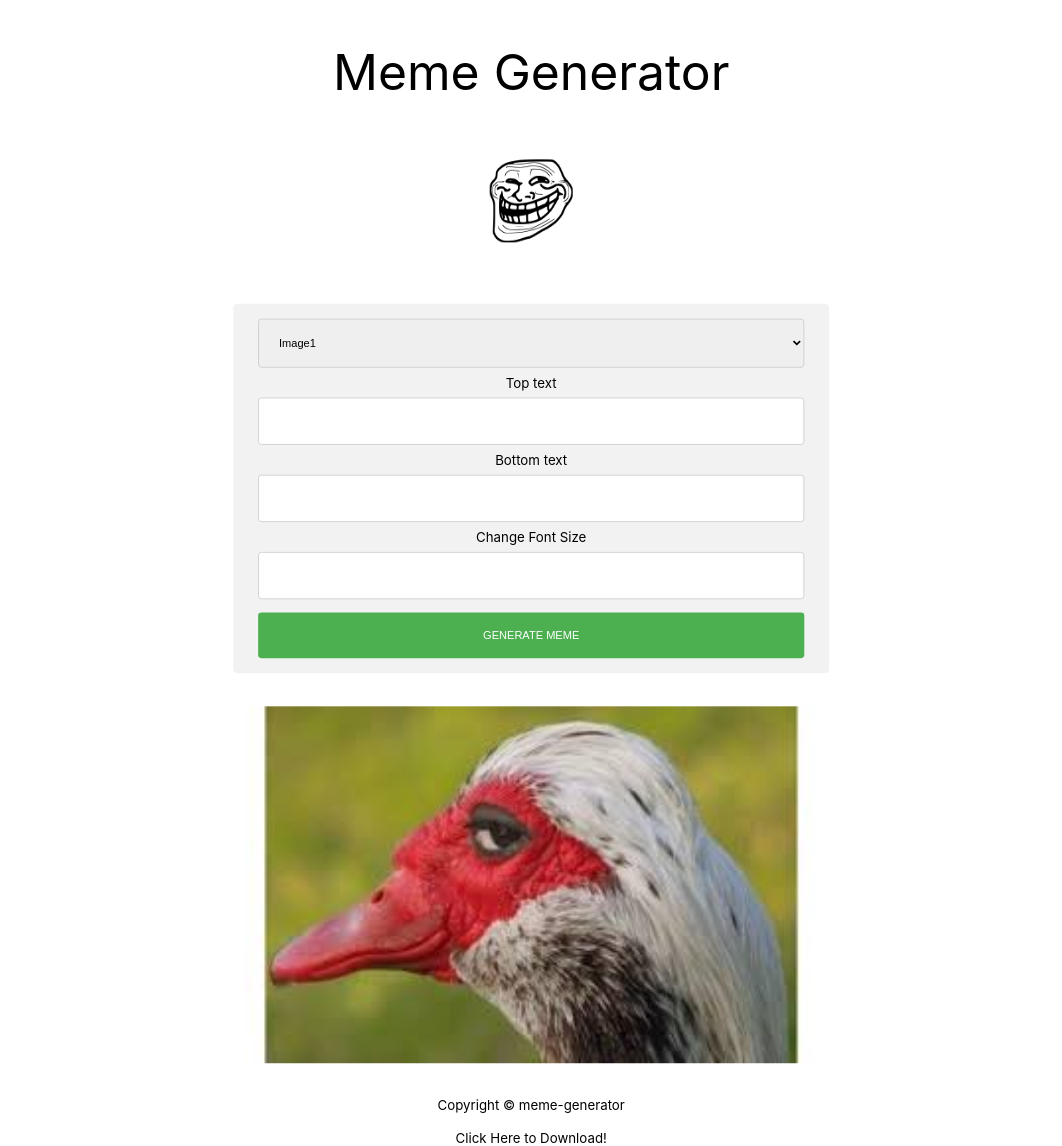
Repository: JivkoJelev91/Meme-Generator
Page: /
The author's editor kept a copy of each file at every save. The page is drawn from the files as they stood at one save, then again after the next save.
The browser window is 1280 px wide. The pictures show the whole page, at 83% of full size.
The project was rebuilt for these pictures with package versions that can differ from the ones it lists, and the page was loaded fresh each time.

Above is the page before, as saved 2018-10-11 16:21:29.

### src/App.js
import React, { Component } from 'react';
import logo from './logo.png';
import './App.css';
import Memes from './memes'

class App extends Component {
  render() {
    return (
      <div className="App">
          <header>Meme Generator</header>
          <img src={logo} className="App-logo" alt="logo" />
          <Memes />
      </div>
    );
  }
}

export default App;

### src/App.css
*{
  margin:0;
}

.App {
  text-align: center;
}

.App-logo {
  animation: App-logo-spin infinite 20s linear;
  width:100px;
  height: 100px;
  padding-top: 20px;
  padding-bottom: 50px;

}

.wrapper{
  display:flex;
  justify-content: center;
  flex-wrap: wrap;
}

header{
  font-size:60px;
  padding: 50px;
}

button{
  width: 100%;
  background-color: #4CAF50;
  color: white;
  padding: 20px;
  margin: 8px 0;
  border: none;
  border-radius: 4px;
  cursor: pointer;
}

button:hover{
  background-color: #45a049;
}


input[type=text],input[type=number], select{
  width: 100%;
  padding: 20px;
  margin: 8px 0;
  display: inline-block;
  border: 1px solid #ccc;
  border-radius: 4px;
  box-sizing: border-box;
}

.form{
  border-radius: 5px;
  background-color: #f2f2f2;
  padding: 10px 30px;
  margin:20px;
}

.pictureContainer{
  position: relative;
  max-width: 690px;
  height: 430px;
  width:100%;
  width: 100%;
  font-size:33px;
  margin:20px;
}

.memePictures{
  width: 100%;
  height: 100%;
}

@media (max-width: 550px) {
  header{
    font-size:40px;
    padding: 15px;
  }
  input[type=text]{
    padding: 15px 10px;
  }
  .form{
    padding-left: 20%;
    padding-right: 20%;
  }
  .pictureContainer{
    height: 300px;
    font-size:23px;
  }
}

.topText{
  top:5px;
}

.bottomText{
  margin:0 15px;
}

.topText, .bottomText{
  color:#FFF;
  position: absolute;
  bottom: 0;
  left:0;
  right:0;
  font-size:90%;
  text-shadow:
  1px  1px 2px black,
  1px -1px 2px black,
 -1px  1px 2px black,
 -1px -1px 2px black;
 word-break: inherit;
}

footer{
  padding: 20px;
}

### src/memes.js
import React, { Component } from 'react';
import './App.css';
import arr from './imagesData';
import html2canvas from 'html2canvas';


class Memes extends Component {
    constructor(props) {
        super(props);
        this.state = {
          value: 'picture1.jpg',
          topText: "",
          bottomText: "",
          fontSize: 33,
          active : false
        };
      }

    handleChange = (event) => {
        this.setState({
            value: event.target.value,
            active: false,
        });
    }

    handleInput = (event) => {
        this.setState({
            [event.target.name]: event.target.value ,
            active:false
        });
    }

    handleFontSize = (event) => {
        if(event.target.value != undefined){
            this.setState({
                fontSize: event.target.value,
                active: false
            });
        }
        if(!event.target.value || event.target.value > 99){
            this.setState({
                fontSize: 33
            })
        }
    }

    generate = (event) => {
        this.setState({
            active: true
        });

        function downloadImage(){
            html2canvas(document.querySelector(".pictureContainer"))
               .then(canvas => {
               var a = document.createElement('a');
               document.body.appendChild(a);
               a.download = "image.png";
               a.href =  canvas.toDataURL();
               a.click();
           });
        }

        downloadImage();
    }

    render() {
        return (
            <div>
            <div className="wrapper">
                <div className="form">
                    <div>
                        <select onChange={this.handleChange}>
                            {
                            arr.map(img => {
                                return <option key={img.id} value={img.name}>
                                            Image{img.id}
                                       </option>
                            })
                            }
                        </select>
                    </div>
                    <div>
                        <label>Top text</label>
                        <input type="text" name="topText" onChange={this.handleInput}/>
                    </div>
                    <div>
                        <label>Bottom text</label>
                        <input type="text" name="bottomText" onChange={this.handleInput}/>
                        <label>Change Font Size</label>
                        <input type="number" name="fontSize" onChange={this.handleFontSize}/>
                    </div>
                    <div>
                        <button
                            onClick={this.generate}>
                            GENERATE MEME
                        </button>
                    </div>
            </div>
            <div className="pictureContainer">
                <div className="topText"
                     style={{fontSize: this.state.fontSize + 'px'}}>
                    { this.state.active ? this.state.topText:  "" }
                </div>
                <img src= {require(`./meme-pictures/${this.state.value}`)} className="memePictures"/>
                <div className="bottomText"
                     style={{fontSize: this.state.fontSize + 'px'}}>
                    { this.state.active ? this.state.bottomText : "" }
                </div>
            </div>
         </div>
         <footer>Copyright © meme-generator</footer>
         <a id="downloadLink" download='./meme-pictures/picture1.jpg'>Click Here to Download!</a>
         </div>
        );
      }
}

export default Memes;

### src/imagesData.js
var arr = [{
        'id': '1',
        'name': 'picture1.jpg',
        'alt': 'picture1'
    },
    {
        'id': '2',
        'name': 'picture2.jpg',
        'alt': 'picture2'
    },
    {
        'id': '3',
        'name': 'picture3.jpg',
        'alt': 'picture3'
    },
    {
        'id': '4',
        'name': 'picture4.jpg',
        'alt': 'picture4'
    },
    {
        'id': '5',
        'name': 'picture5.jpg',
        'alt': 'picture5'
    },
    {
        'id': '6',
        'name': 'picture6.jpg',
        'alt': 'picture6'
    },
    {
        'id': '7',
        'name': 'picture7.jpg',
        'alt': 'picture7'
    },
    {
        'id': '8',
        'name': 'picture8.jpg',
        'alt': 'picture8'
    },
    {
        'id': '9',
        'name': 'picture9.jpg',
        'alt': 'picture9'
    },
    {
        'id': '10',
        'name': 'picture10.jpg',
        'alt': 'picture10'
    },
    {
        'id': '11',
        'name': 'picture11.jpg',
        'alt': 'picture11'
    },
    {
        'id': '12',
        'name': 'picture12.jpg',
        'alt': 'picture12'
    },
    {
        'id': '13',
        'name': 'picture13.jpg',
        'alt': 'picture13'
    },
    {
        'id': '14',
        'name': 'picture14.jpg',
        'alt': 'picture14'
    },
    {
        'id': '15',
        'name': 'picture15.jpg',
        'alt': 'picture15'
    },
    {
        'id': '16',
        'name': 'picture16.jpg',
        'alt': 'picture16'
    },
    {
        'id': '17',
        'name': 'picture17.jpg',
        'alt': 'picture17'
    },
    {
        'id': '18',
        'name': 'picture18.jpg',
        'alt': 'picture18'
    },
    {
        'id': '19',
        'name': 'picture19.jpg',
        'alt': 'picture19'
    },
    {
        'id': '20',
        'name': 'picture20.jpg',
        'alt': 'picture20'
    },
    {
        'id': '21',
        'name': 'picture21.jpg',
        'alt': 'picture21'
    },
    {
        'id': '22',
        'name': 'picture22.jpg',
        'alt': 'picture22'
    },
    {
        'id': '23',
        'name': 'picture23.jpg',
        'alt': 'picture23'
    },
    {
        'id': '24',
        'name': 'picture24.jpg',
        'alt': 'picture24'
    },
    {
        'id': '25',
        'name': 'picture25.jpg',
        'alt': 'picture25'
    },
    {
        'id': '26',
        'name': 'picture26.jpg',
        'alt': 'picture26'
    },
    {
        'id': '27',
        'name': 'picture27.jpg',
        'alt': 'picture27'
    },
    {
        'id': '28',
        'name': 'picture28.jpg',
        'alt': 'picture28'
    },
    {
        'id': '29',
        'name': 'picture29.jpg',
        'alt': 'picture29'
    },
    {
        'id': '30',
        'name': 'picture30.jpg',
        'alt': 'picture30'
    }
];

export default arr;


// for (var i = 1; i <= 30; i++) {
//     console.log(`{
//         'id':'${i}',
//         'name':'picture${i}.jpg',
//         'alt': 'picture${i}'
//     },`)
// }

Loaded but not shown: public/index.html (common file); src/index.js (common file); src/index.css (common file); src/serviceWorker.js (common file)

After the next save:
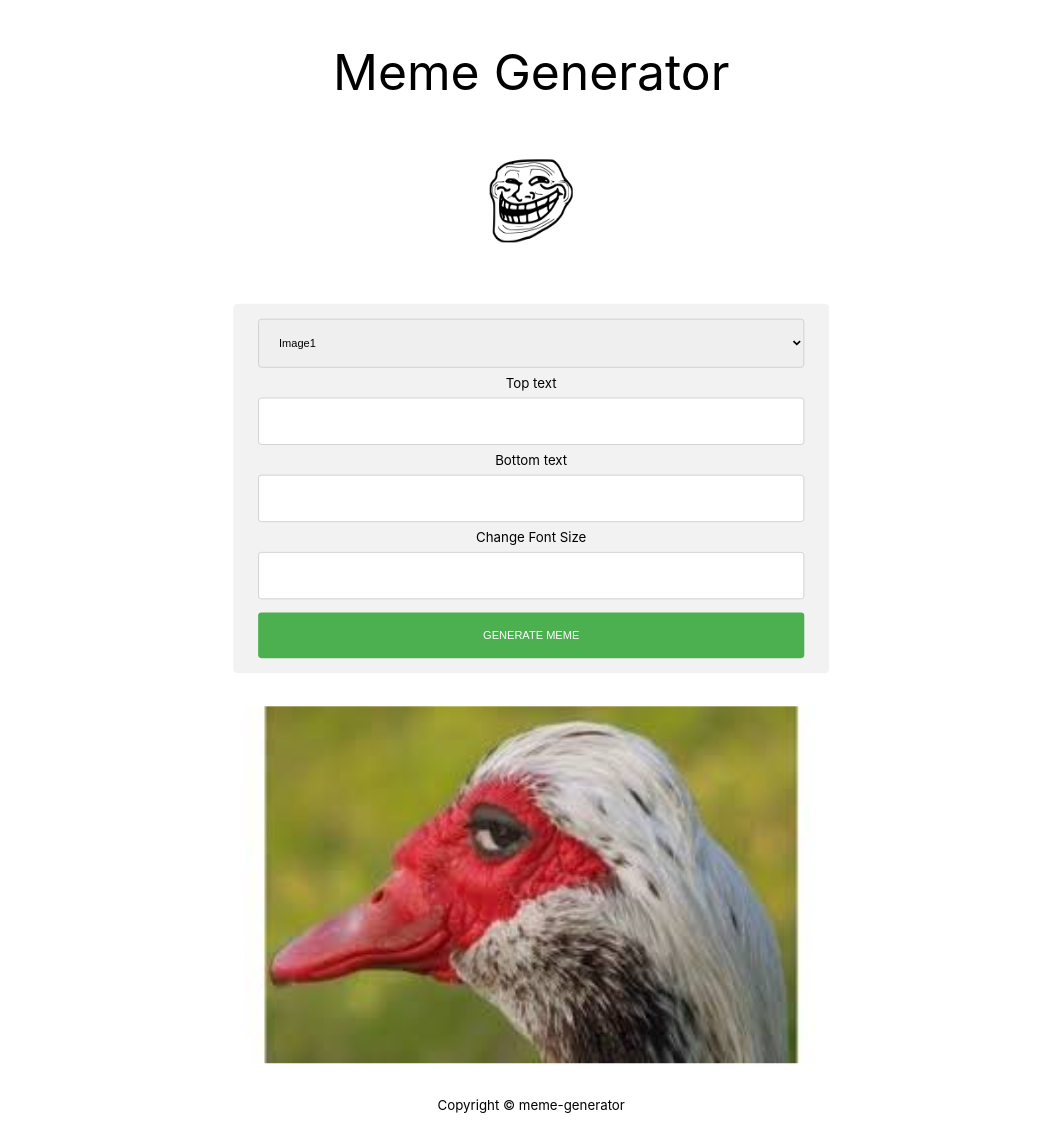
Saved 30 s later.
--- a/src/memes.js
+++ b/src/memes.js
@@ -109,7 +109,6 @@ class Memes extends Component {
             </div>
          </div>
          <footer>Copyright © meme-generator</footer>
-         <a id="downloadLink" download='./meme-pictures/picture1.jpg'>Click Here to Download!</a>
          </div>
         );
       }
